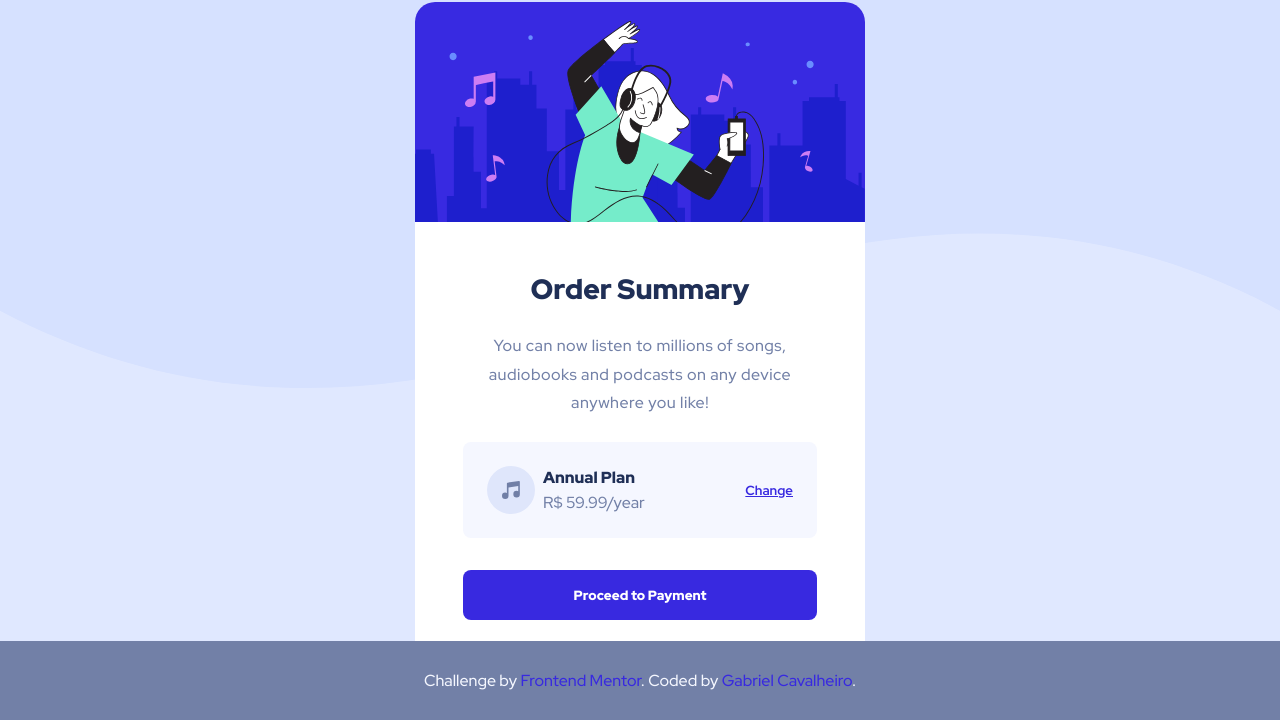
Repository: gccavalheiro/order-summary-card
Page: index.html
The author's editor kept a copy of each file at every save. The page is drawn from the files as they stood at one save, then again after the next save.
The browser window is 1280 px wide. The pictures show the whole page.

Above is the page before, as saved 2021-12-17 02:52:15.

After the next save:
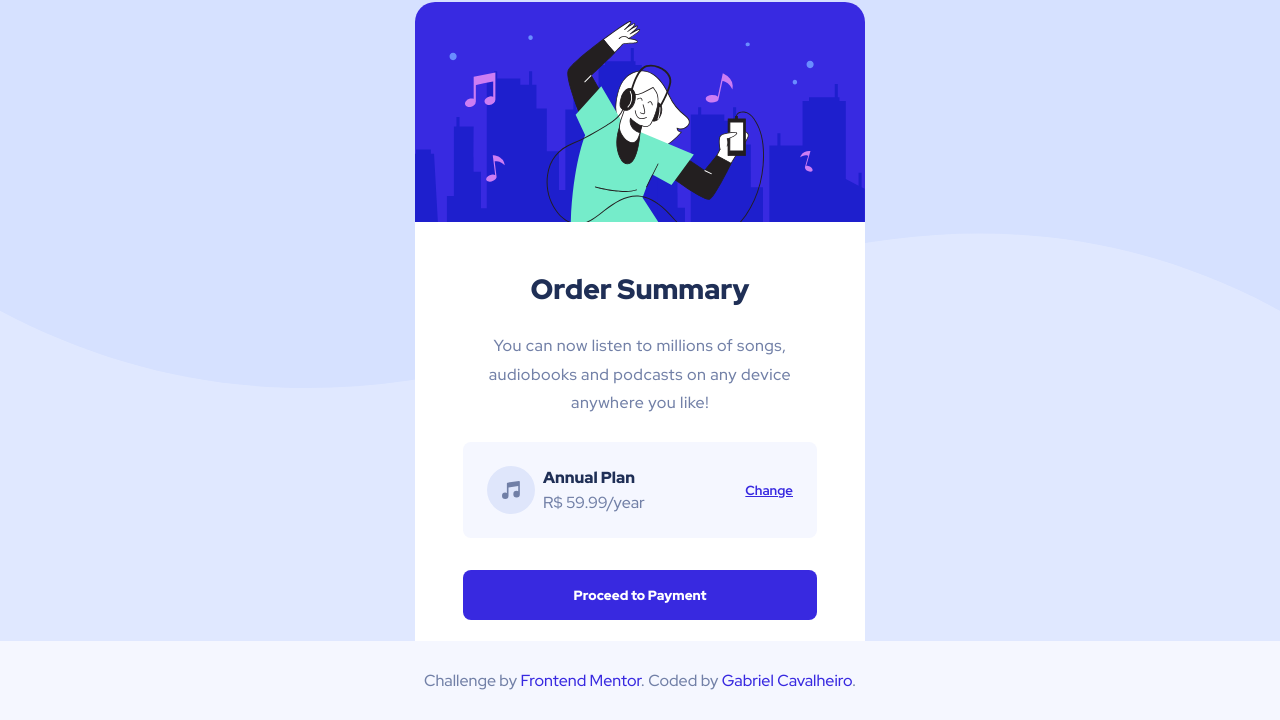
Saved 23 s later.
--- a/assets/css/main.css
+++ b/assets/css/main.css
@@ -197,9 +197,9 @@ footer {
   left: 0;
   bottom: 0;
   width: 100%;
-  background-color: var(--desaturated-blue);
+  background-color: var(--very-pale-blue);
   padding: 28px 0;
-  color: var(--very-pale-blue);
+  color: var(--desaturated-blue);
   text-align: center;
   line-height: 23px;
 }
